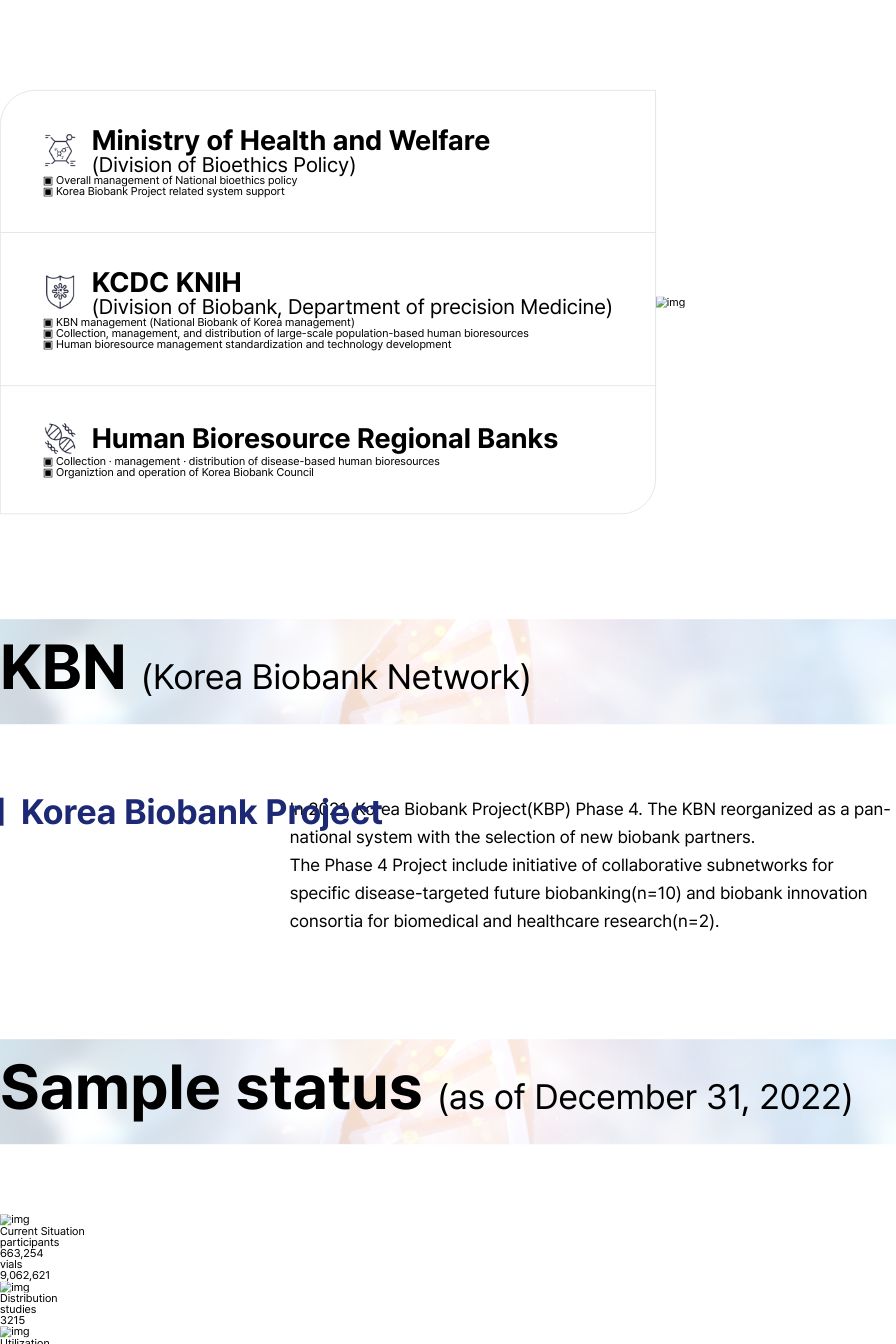
Repository: dlgywls1130/kbn_makedit
Page: index.html
An editor plug-in stored every save of this project. The page is shown before and after the next save, followed by the edit.
The browser window is 1280 px wide. The pictures show the part of the page from y = 1852 to 3772 px (the page is 5173 px tall before and 5323 px after), at 70% of full size.
Some web libraries are served in a nearby version.

Above is the page before, as saved 2023-10-15 16:21:52.

### index.html
<!DOCTYPE html>
<html lang="en">
<head>
    <meta charset="UTF-8">
    <meta name="viewport" content="width=device-width, initial-scale=1.0">
    <title>KBN</title>

    <link rel="stylesheet" href="./css/reset.css">
    <link rel="stylesheet" href="./css/style.css">

    <!-- slick css -->
    <link rel="stylesheet"  type="text/css" href="./css/slick.css">

</head>
<body>

    <!-- header -->
    <header>
        <div class="header_wrapper">
            <div class="header_logo">
                <img src="./image/logo.png" alt="logo">
            </div>
            <ul class="nav_list">
                <li><a href="#about"> About us</a></li>
                <li><a href="#kbn">KBN</a></li>
                <li><a href="#sample">Sample status</a></li>
                <li><a href="#distribution">Distribution procedure</a></li>
                <li><a href="#biobanks">KBN Biobanks</a></li>
            </ul>
            <div class="header_en">
                <div class="en_icon">
                    <img src="./image/language.png" alt="icon">
                </div>
                <p>EN</p>
            </div>
        </div>

    </header>


    <!-- main banner -->
    <section>
        <div class="main_banner">
            <div class="slide_wrap">
                <div class="slide_list first-slide">
                    <div class="slide_content">
                        <h2 class="slide_title">
                            The Biggest Disease-based
                            <Br>Human Biobank Network of Korea
                        </h2>
                        <p class="slide_sub">
                            KBN, the largest biobank network in korea, collects, manages, and holds disease-based
                            <Br>human bioresources, i.e. various samples of more than 600,000 individuals.
                        </p>
                    </div>
                </div>
                <div class="slide_list second-slide">
                    <div class="slide_content">
                        <h2 class="slide_title">
                            KBN Distribution Support Center
                        </h2>
                        <p class="slide_sub">
                            The Center provides human bioresources, and clinical and epidemiological information
                            <Br> held by KBN biobanks nationwide and actively supports the distribution.

                        </p>
                    </div>
                </div>
                <div class="slide_list three-slide">

                    <div class="slide_content">
                        <h2 class="slide_title">
                            KBN Provides On-line Searching Database
                            <Br>and Operates Distribution Support Center
                        </h2>
                        <p class="slide_sub">
                            Researchers conduct KBN human bioresource search, while the distribution support
                            <Br>center provides services customized to individual users.
                        </p>
                    </div>
                </div>
            </div>
        </div>
    </section>

    <!-- about us -->
    <section id="about">
        <div class="about_wrap">
            <div class="content_width">
                <h2 class="section_title">About us</h2>
            </div>

            <div class="about-us">
                <div class="about_content">
                    <div class="content_list mb-100">
                        <div class="list_main">
                            KBN Portal
                        </div>
                        <div class="list_descript">
                            <p class="mb-50">The Korea Biobank Network’s Human Bioresource Sharing and Access Platform, established in 2019, aims
                            to expand the accessibility of the disease-based bioresources collected through KBN and develop a
                            system to collect high-quality standard clinical information, thereby establishing a distribution support
                            system tailored to researchers.</p>

                            <p>The KBN portal is the largest shared open platform for disease-based resource owned by KBN biobanks
                            involved in KDCA(Korea Disease Control and Prevention Agency) KBP(Korea Biobank Project).
                            It discloses and shares related information including disease-based resource status, systematic search,
                            efficient distribution, and utilization outcomes to researchers in order to improve the efficient utilization of
                            national disease-based resources.</p>
                        </div>
                    </div>
                    <div class="content_list">
                        <div class="list_main">
                            Structure
                        </div>
                        <div class="list_descript">
                            <p>Structure is organized by the Ministry of Health and Welfare(Division of Bioethics Policy), the KDCA Korea
                                National Institute of Health(Division of Biobank, Department of precision Medicine), KBN Biobanks.</p>
                        </div>
                    </div>
                </div>
                <div class="about_acodian">
                    <div class="acodian_list">
                        <div class="accordion-item">
                            <h3 class="title">
                                <div class="acodian_icon">
                                    <img src="./image/about_ico1.png" alt="icon">
                                </div>
                                <p>Ministry of Health and Welfare
                                    <span>(Division of Bioethics Policy)</span>
                                </p>

                            </h3>
                            <div class="paragraph">
                                <p>▣ Overall management of National bioethics policy</p>
                                <p>▣ Korea Biobank Project related system support</p>
                            </div>
                        </div>
                        <div class="accordion-item">
                            <h3 class="title">
                                <div class="acodian_icon">
                                    <img src="/image/about_ico2.png" alt="icon">
                                </div>
                                <p>KCDC KNIH
                                    <span>(Division of Biobank, Department of precision Medicine)</span>
                                </p>

                            </h3>
                            <div class="paragraph">
                                <p>▣ KBN management (National Biobank of Korea management)</p>
                                <p>▣ Collection, management, and distribution of large-scale population-based human bioresources </p>
                                <p>▣ Human bioresource management standardization and technology development</p>
                            </div>
                        </div>
                        <div class="accordion-item">
                            <h3 class="title">
                                <div class="acodian_icon">
                                    <img src="/image/about_ico3.png" alt="icon">
                                </div>
                                <p>Human Bioresource Regional Banks</p>

                            </h3>
                            <div class="paragraph">
                                <p>▣ Collection · management · distribution of disease-based human bioresources</p>
                                <p>▣ Organiztion and operation of Korea Biobank Council</p>
                            </div>
                        </div>
                    </div>
                    <div class="acodian_circle">
                        <img src="" alt="img">
                    </div>
                </div>
            </div>
        </div>

    </section>

    <!-- kbn -->

    <section id="kbn">
        <div class="kbn_wrap">
            <div class="content_width">
                <h2 class="section_title">KBN <span>(Korea Biobank Network)</span></h2>
            </div>
            <div class="kbn_content">
                <div class="content_list">
                    <div class="list_main">
                        Korea Biobank Project
                    </div>
                    <div class="list_descript">
                        <p>In 2021, Korea Biobank Project(KBP) Phase 4. The KBN reorganized as a pan-national system with the
                            selection of new biobank partners.
                            </p>

                        <p>The Phase 4 Project include initiative of collaborative subnetworks for specific disease-targeted future
                            biobanking(n=10) and biobank innovation consortia for biomedical and healthcare research(n=2).
                            </p>
                    </div>
                </div>
                <div class="kbn_guidance_wrap">

                </div>
            </div>
        </div>

    </section>

    <!-- sample -->

    <section id="sample">
        <div class="sample_wrap">
            <div class="content_width">
                <h2 class="section_title">Sample status <span>(as of December 31, 2022)</span></h2>
            </div>
            <div class="sample_content">
                <div class="sample_list">
                    <div class="sample_list_left">
                        <div class="sample_list_icon">
                            <img src="" alt="img">
                        </div>
                        <div class="sample_list_title">
                            Current Situation
                        </div>
                    </div>
                    <div class="sample_list_right">
                        <div class="right_span">
                            <span>participants</span>
                            <p>663,254</p>
                        </div>
                        <div class="right_span">
                            <span>vials</span>
                            <p>9,062,621</p>
                        </div>
                    </div>
                </div>
                <div class="sample_list">
                    <div class="sample_list_left">
                        <div class="sample_list_icon">
                            <img src="" alt="img">
                        </div>
                        <div class="sample_list_title">
                            Distribution
                        </div>
                    </div>
                    <div class="sample_list_right">
                        <div class="right_span">
                            <span>studies</span>
                            <p>3215</p>
                        </div>
                    </div>
                </div>
                <div class="sample_list">
                    <div class="sample_list_left">
                        <div class="sample_list_icon">
                            <img src="" alt="img">
                        </div>
                        <div class="sample_list_title">
                            Utilization
                        </div>
                    </div>
                    <div class="sample_list_right">
                        <div class="right_span">
                            <span>papers</span>
                            <p>948</p>
                        </div>
                        <div class="right_span">
                            <span>patents</span>
                            <p>116</p>
                        </div>
                    </div>
                </div>
            </div>
        </div>

    </section>

    <!-- Distribution  -->
    <section id="distribution">
        <div class="distribution_wrap">
            <div class="content_width">
                <h2 class="section_title white">Distribution procedure</h2>
            </div>
            <div class="distribution_about">
                <div class="content_list">
                    <div class="list_main">
                        Procedure
                    </div>
                    <div class="list_descript">
                        <p>KBN Human bioresources application procedure for distribution.</p>

                        <p>KBN distributes the collected human bioresources to researchers for domestic healthcare R&D.
                            For access to, researcher(s) residing in Korea and carrying out a research project that has obtained IRB
                            approval(or exemption) can apply for access to human bioresource distribution, and if approved by the
                            Access and Sharing Committee, the bioresources are released.
                        </p>
                    </div>
                </div>
                <div class="text_slide">

                </div>
            </div>
        </div>
    </section>

    <!-- Biobanks  -->
    <section id="biobanks">
        <div class="biobank_wrap">
            <div class="content_width">
                <h2 class="section_title">KBN Biobanks <span>- targeted diseases</span></h2>
            </div>
            <div class="biobank_content">
                <div class="biobank_tab">

                </div>

            </div>
        </div>

    </section>

    <!-- logo slide -->
    <section>
        <div class="logo_loop">

        </div>
    </section>

    <!-- footer -->
    <footer>
        <div class="footer_wrap">
            <div class="footer_left">
                <h3 class="footer_title">
                    CONTACT US
                </h3>

                <div class="footer_contain">
                    <ul>
                        <li class="footer_text">kbnysvc@gmail.com</li>
                        <li class="footer_phone">+82 -31-546-2715</li>
                        <li class="footer_text">Monday-Friday 8:30am ~ 5:30pm</li>
                        <li class="footer_text">(Saturday and Sunday, Holidays : ClOSED)</li>
                    </ul>
                    <ul>
                        <li><img src="" alt="icon"></li>
                        <li><img src="" alt="icon"></li>
                    </ul>
                </div>

                <p>Yongin Severance Hospital 363, Dongbaekjukjeon-daero, Giheung-gu, Yongin-si, Gyeonggi-do 16995, Republic of Korea</p>
            </div>

            <div class="footer_right">
                <div class="right_top">
                    <h3 class="footer_title">
                        SOCIAL LINKS
                    </h3>
                    <div class="footer_sns">
                        <a href="" class="link_sns">
                            <img src="" alt="sns">
                        </a>
                        <a href="" class="link_sns">
                            <img src="" alt="sns">
                        </a>
                        <a href="" class="link_sns">
                            <img src="" alt="sns">
                        </a>

                    </div>
                </div>
                <div class="right_bottom">
                    <h3 class="footer_title">
                        RELATED SITE
                    </h3>
                    <div class="link_site">
                        <a href="" class="site_link">
                            <img src="" alt="link">
                        </a>
                        <a href="" class="site_link">
                            <img src="" alt="link">
                        </a>

                    </div>
                </div>

            </div>
        </div>
        <div class="footer_copy">
            <p>YONSEI UNIVERSITY, YONGIN SEVERANCE HOSPITAL. ALL RIGHTS RESERVED </p>
            <div class="copy_right">
                <p>Personal information processing policy</p>
                <p>Terms and Conditions</p>
            </div>
        </div>
    </footer>


    <script type="text/javascript" src="//code.jquery.com/jquery-1.11.0.min.js"></script>
    <script src="./js/slick.min.js"></script>
    <script src="./js/main.js"></script>
</body>
</html>

### css/style.css
:root{
    --main-text:#1D2974;
    --black-text:#000;
}


/* common */

body{
    font-family: 'pretendard',sans-serif ;
}

/* font */
@font-face {
    font-family: pretendard;
    src: url('/font/Pretendard-Regular.woff2') format('woff2'),
    url('/font/Pretendard-Regular.woff') format('woff'),
    url('/font/Pretendard-Regular.ttf') format('ttf'),
    url('/font/Pretendard-Regular.otf') format('otf');
    font-weight: 400;
}

@font-face {
    font-family: pretendard;
    src: url('/font/Pretendard-Medium.woff2') format('woff2'),
    url('/font/Pretendard-Medium.woff') format('woff'),
    url('/font/Pretendard-Medium.ttf') format('ttf'),
    url('/font/Pretendard-Medium.otf') format('otf');
    font-weight: 500;
}

@font-face {
    font-family: pretendard;
    src: url('/font/Pretendard-Bold.woff2') format('woff2'),
    url('/font/Pretendard-Bold.woff') format('woff'),
    url('/font/Pretendard-Bold.ttf') format('ttf'),
    url('/font/Pretendard-Bold.otf') format('otf');
    font-weight: 700;
}


section{margin-bottom:150px;}

.section_title{
    font-size: 90px;
    font-weight: 700;
    line-height:40px;
    max-width: 1680px;
    width: 100%;
    margin: 0 auto;
}

.section_title span{
    font-weight: 300;
    font-size: 50px;
}

.content_width{
    width: 100%;
    height: 150px;
    background:url('/image/title_back.jpg');
    background-repeat: no-repeat;
    background-size:cover;
    margin-bottom: 100px;
    display: flex;
    align-items: center;
}

.content_list {
    display: flex;
    align-items: flex-start;
    justify-content: space-between;
}

.content_list .list_main{
    position: relative;
    width: 30%;
    font-size: 50px;
    font-weight: 700;
    color: var(--main-text);
    white-space: nowrap;
    padding-left: 30px;
}

.content_list .list_main::before{
    position: absolute;
    content: '';
    left: 0;
    top: 50%;
    transform: translate(0,-50%);
    height: 40px;
    width: 5px;
    background: var(--main-text);
}

.content_list .list_descript{
    width: 70%;
}

.content_list .list_descript p{
    font-size: 25px;
    font-weight: 300;
    line-height: 40px;
}


/* common margin */

.mb-50{margin-bottom: 50px;}
.mb-100{margin-bottom: 100px;}


/* header */

header{
    position: fixed;
    top: 0;
    left: 0;
    background: #fff;
    width: 100%;
    height: 138px;
    padding: 28px 0;
    box-sizing: border-box;
    z-index: 9;
}

.header_wrapper{
    max-width: 1680px;
    width: 100%;
    margin: 0 auto;
    display: flex;
    align-items: center;
    justify-content: space-between;
}

.header_logo{
    width: 250px;
    height: 80px;
}

.header_logo img{
    width: 100%;
    height: 100%;
    object-fit: contain;
}

.header_wrapper .nav_list{
    display: flex;
}

.header_wrapper .nav_list li{
    padding: 0 50px;
}

.header_wrapper .nav_list li a{
    font-size: 25px;
    font-weight: 500;
    line-height: 0.03em;
    text-decoration: none;
    color:var(--black-text);
}

.header_en{display: flex; align-items: center;}

.header_en .en_icon{
    width: 24px;
    height: 24px;
}

.header_en .en_icon img{
    width: 100%;
    height: 100%;
    object-fit: contain;
}

.header_en p{
    margin-left: 8px;
    font-size: 20px;
    font-weight: 700;
}

/* main_banner */

.slide_wrap .slide_list{
    width: 100%;
    height: 100vh;
    position: relative;
}

.slide_wrap .slide_list.first-slide{
    background: url('/image/main_slide1.jpg');
    background-repeat: no-repeat;
    background-position: right center;
    background-size: cover;
}

.slide_wrap .slide_list.second-slide{
    background: url('/image/main_slide2.jpg');
    background-repeat: no-repeat;
    background-position: center center;
    background-size: cover;
}

.slide_wrap .slide_list.three-slide{
    background: url('/image/main_slide3.jpg');
    background-repeat: no-repeat;
    background-position: left center;
    background-size: cover;
}

.slide_content{
width: 100%;
position: absolute;
right: 8%;
top: 40%;
transform: translate(0,-50%);
}

.slide_content .slide_title{
    font-size: 60px;
    font-weight: 700;
    color: #fff;
    letter-spacing: 0.07em;
    text-align: right;
}

.slide_content .slide_sub{
    font-size: 25px;
    font-weight: 400;
    color: #fff;
    letter-spacing: 0.04em;
    text-align: right;
    margin-top: 40px;
}

.slick-dots{
    display: flex!important;
    align-items: center;
    position: absolute;
    top: 65%;
    right: 8%;
    column-gap: 30px;
}

.slick-dots button {
    color: rgba(2255,255,255,0.45);
    background:none;
    border-bottom:5px solid rgba(255,255,255,0.45);
    font-size: 25px;
    font-weight: 700;
    padding-bottom: 15px;
    border-top: none;
    border-left: none;
    border-right: none;
    box-shadow: none;
    outline: none;
}

.slick-dots button:hover,
.slick-dots .slick-active button {
    border-bottom:5px solid rgba(255,255,255,1);
    color: rgba(255,255,255,1);
}

.slick-arrow{
position: absolute;
top: 55%;

}

.slick-next{
    right: 8%;
    transform: rotate(45deg);
}

.slick-prev{
    right: 10%;
    z-index: 1;
    transform: rotate(225deg);
}

.arrow{
    width: 30px; /* 사이즈 */
    height: 30px; /* 사이즈 */
    border-top: 8px solid #fff; /* 선 두께 */
    border-right: 8px solid #fff; /* 선 두께 */
}


/* about us */
.about-us{
    max-width: 1680px;
    margin: 0 auto;
}

.about_content{
    margin-bottom: 150px;
}

.about_acodian{
    display: flex;
    align-items: center;
}

.acodian_list{
    box-sizing: border-box;
    height: auto;
    border: 1px solid #DCDCDC;
    border-radius: 50px 0;
}

.accordion-item{
    padding: 50px 60px;
    border-bottom: 1px solid #DCDCDC;
}

.accordion-item:last-child{
    border-bottom: none;
}
.accordion-item .title{
 display: flex;
 align-items: center;
}

.accordion-item .title p{
    font-size: 40px;
    font-weight: 700;
    color: #000;
    margin-left: 20px;
}

.accordion-item .title p span{
    font-size: 30px;
    font-weight: 300;
    display: block;
}

.accordion-item .acodian_icon{
    width: 50px;
    height: 50px;
}

.accordion-item .acodian_icon img{
    width: 100%;
    height: 100%;
}

### js/main.js
// main banner

$('.slide_wrap').slick({
    slidesToShow: 1,
    arrows: true,
    dots:true,
    autoplay: true,
  autoplaySpeed: 2000,
  infinite: true,
  prevArrow: '<div class="arrow slick-prev"></div>',
    nextArrow: '<div class="arrow slick-next"></div>',
  customPaging: function(slider, i) {
    var titles = ['Biobank', 'Support Center', 'On-line Searching'];
    return '<button>' + titles[i] + '</button>';
}
  });

Loaded but not shown: css/reset.css (common file); css/slick.css (common file); js/slick.min.js (library)

After the next save:
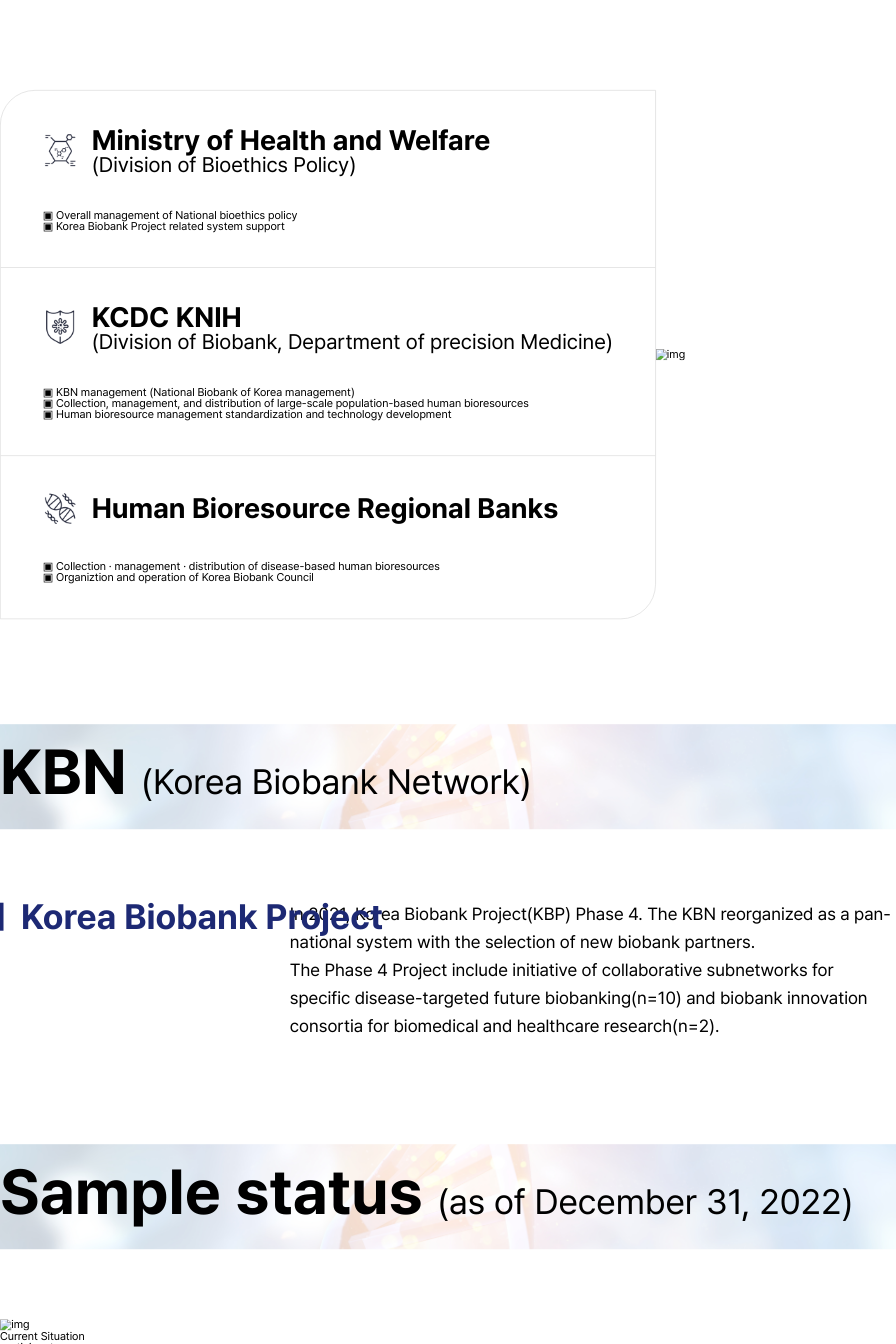
Saved 44 s later.
--- a/css/style.css
+++ b/css/style.css
@@ -320,7 +320,10 @@
 .accordion-item .title{
  display: flex;
  align-items: center;
-}
+ padding-bottom: 50px;
+}
+
+
 
 .accordion-item .title p{
     font-size: 40px;
